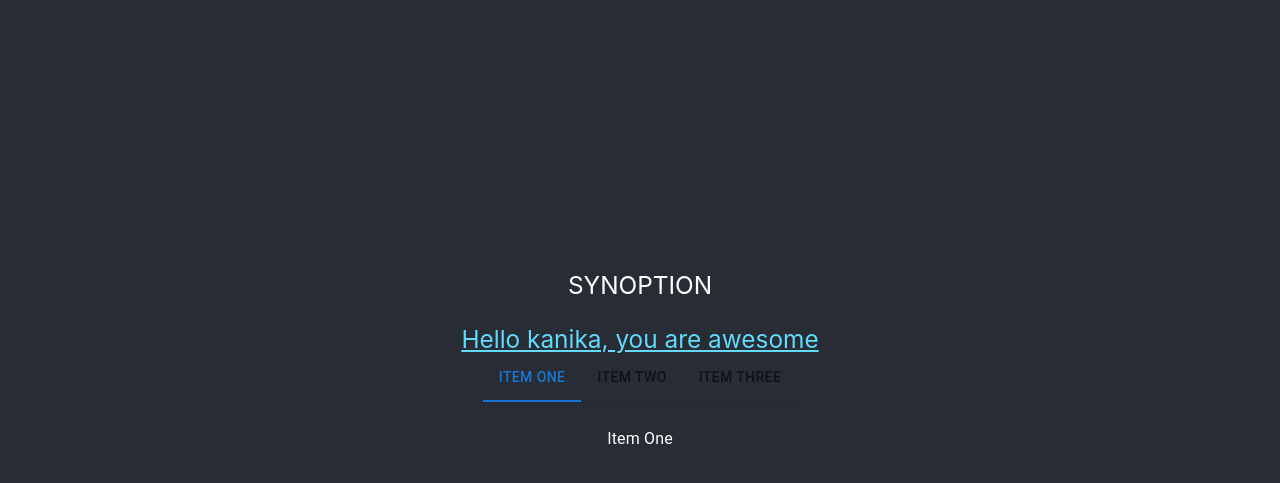
Repository: Kanika-tech/project-demo
Page: /
These files come from the project's save history. The page is drawn as it stood at one moment and after the next save; the edit follows.
The browser window is 1280 px wide. The pictures show the whole page.
The project was rebuilt for these pictures with package versions that can differ from the ones it lists, and the page was loaded fresh each time.

Above is the page before, as saved 2021-12-11 21:09:49.

After the next save:
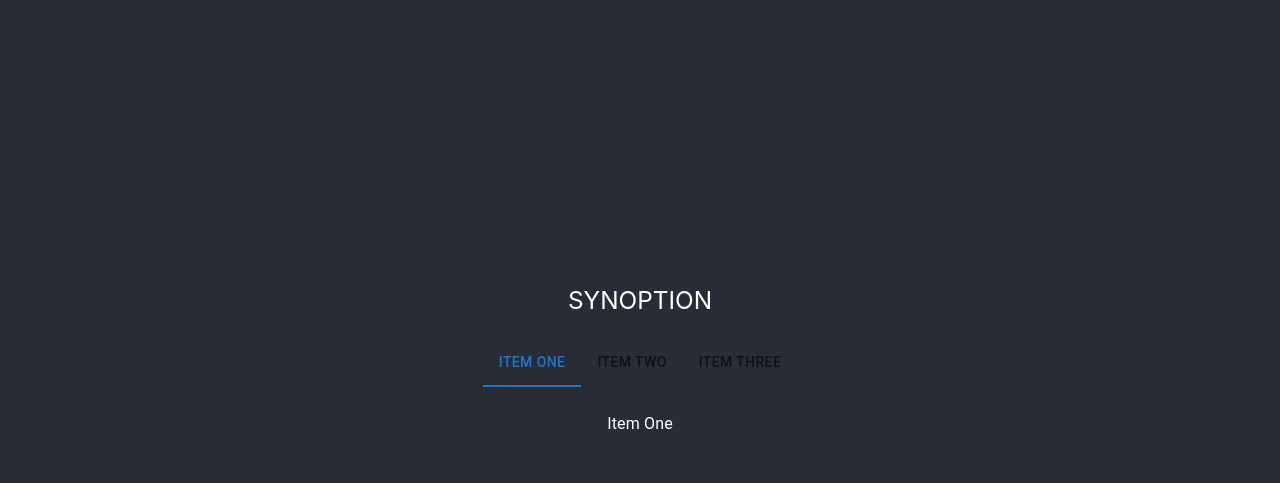
Saved 9 s later.
--- a/src/App.js
+++ b/src/App.js
@@ -10,14 +10,14 @@
         <p>
          SYNOPTION
         </p>
-        <a
+        {/* <a
           className="App-link"
           href="https://reactjs.org"
           target="_blank"
           rel="noopener noreferrer"
         >
           Hello kanika, you are awesome
-        </a>
+        </a> */}
       </header>
       <div>
         <Dashboard/>
